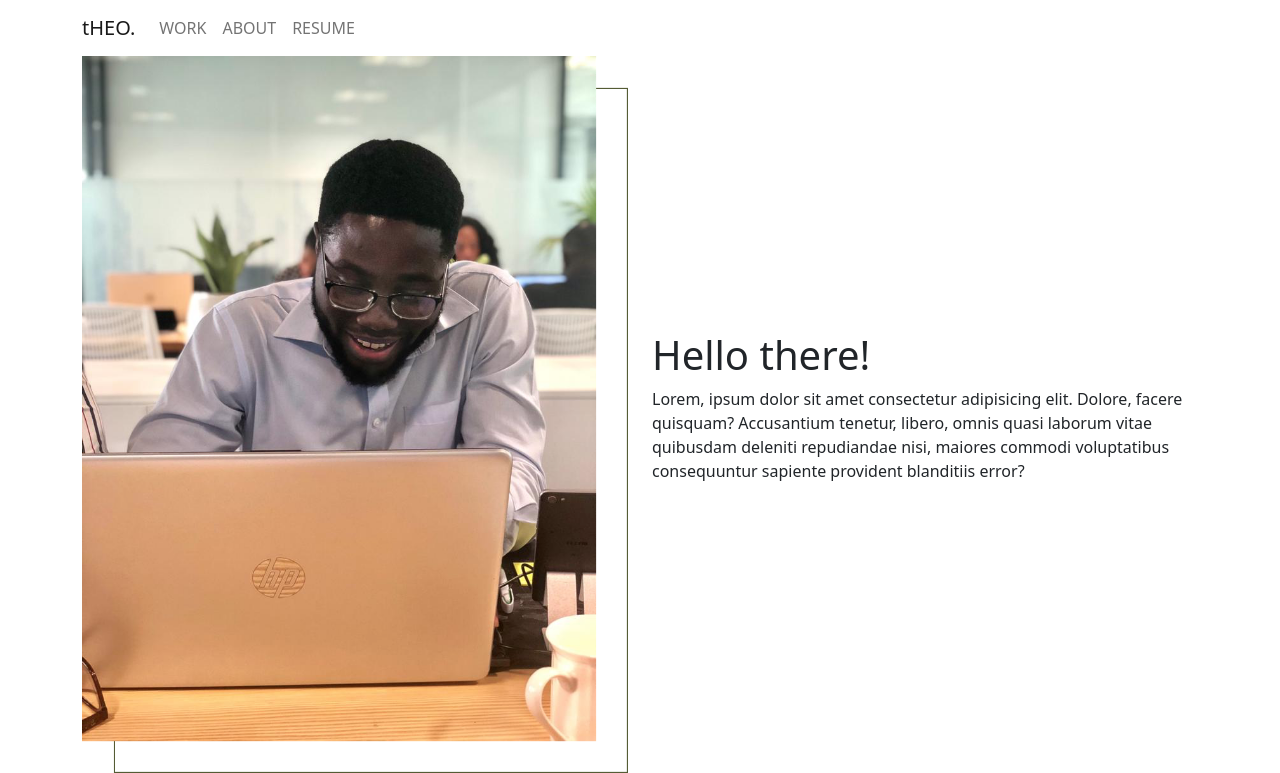
Repository: tHEO2k17/portfolio
Page: /
These files come from the project's save history. The page is drawn as it stood at one moment and after the next save; the edit follows.
The browser window is 1280 px wide. The pictures show the whole page.
The project was rebuilt for these pictures with package versions that can differ from the ones it lists, and the page was loaded fresh each time.

Above is the page before, as saved 2021-07-21 23:03:34.

After the next save:
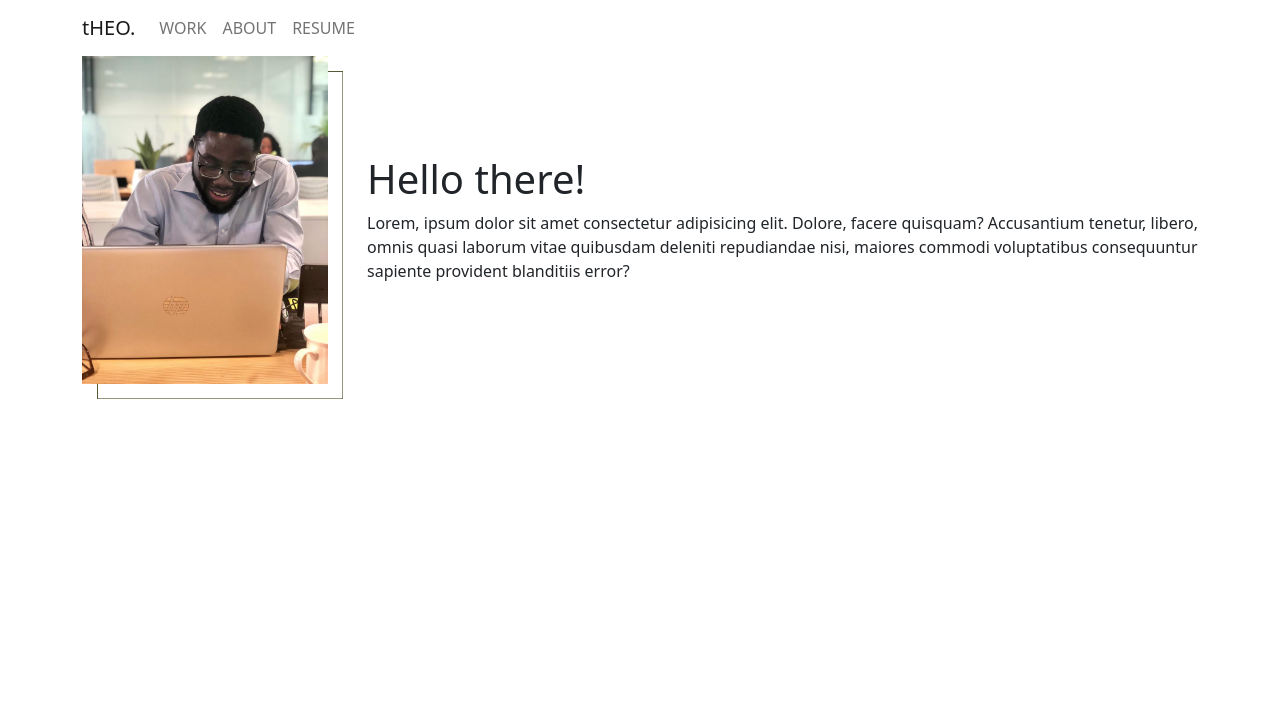
Saved 18 s later.
--- a/src/presentation/pages/HomePage.tsx
+++ b/src/presentation/pages/HomePage.tsx
@@ -20,7 +20,7 @@ export default function HomePage() {
             <header>
                 <Container>
                     <Row className="align-items-center">
-                        <Col> <Image src="assets/images/theo.png" fluid /> </Col>
+                        <Col md="3"> <Image src="assets/images/theo.png" fluid /> </Col>
                         <Col>
                             <h1>Hello there!</h1>
                             <p>
